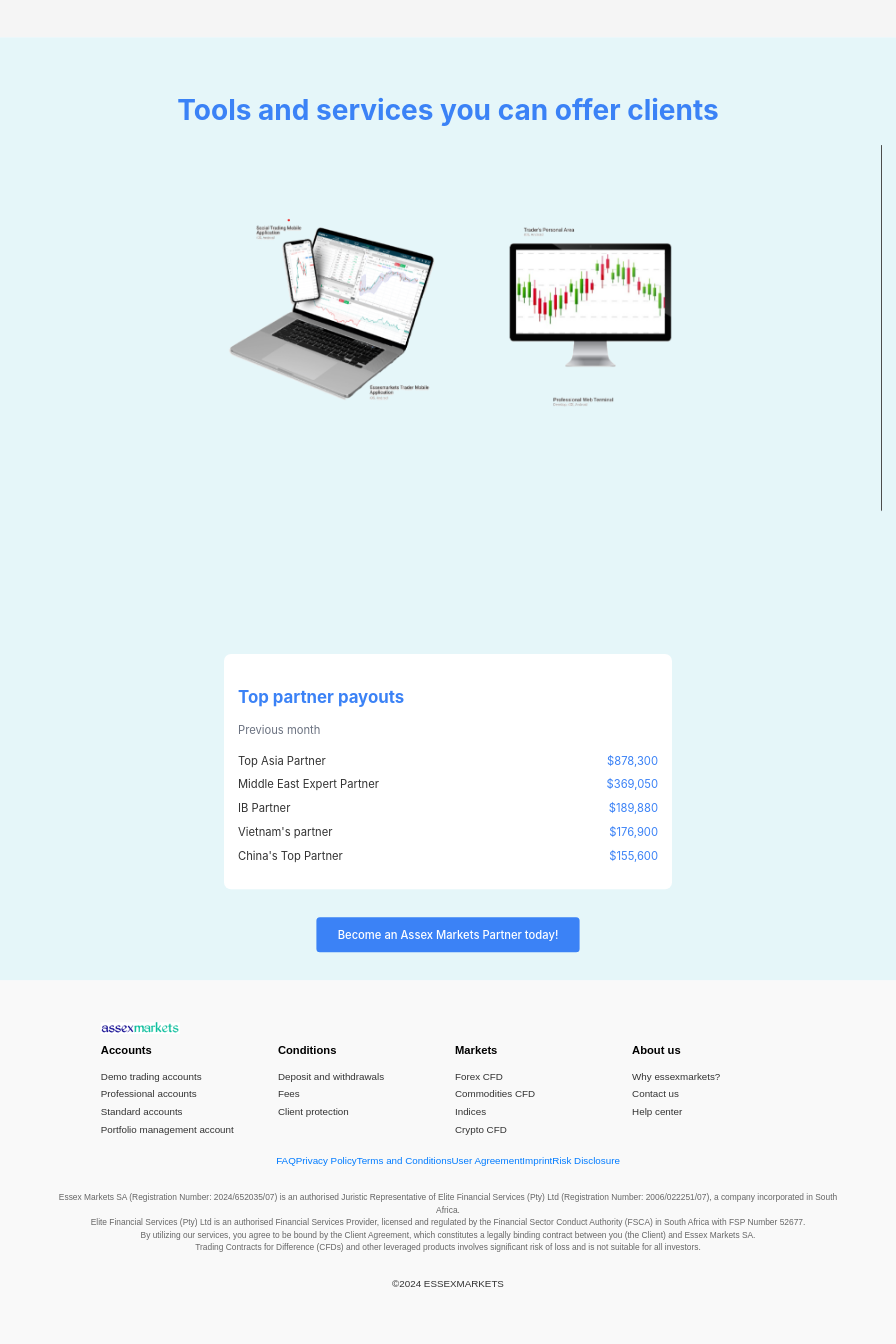
Repository: RevenewMarketing/Assex
Page: /partner
These files come from the project's save history. The page is drawn as it stood at one moment and after the next save; the edit follows.
The browser window is 1280 px wide. The pictures show the part of the page from y = 3696 to 5616 px (the page is 5616 px tall), at 70% of full size.
The project was rebuilt for these pictures with package versions that can differ from the ones it lists, and the page was loaded fresh each time. Also part of the build but not shown: vite.config.ts, src/pages/home/sections/HeroSection.module.css, src/pages/home/sections/HeroSection.tsx, src/pages/home/sections/Section2.tsx, src/pages/home/sections/Section3.tsx, src/pages/home/sections/Section4.tsx, src/pages/home/sections/Section5.tsx, src/pages/home/sections/Section6.tsx and 10 more.

Above is the page before, as saved 2024-11-28 01:14:06.

After the next save:
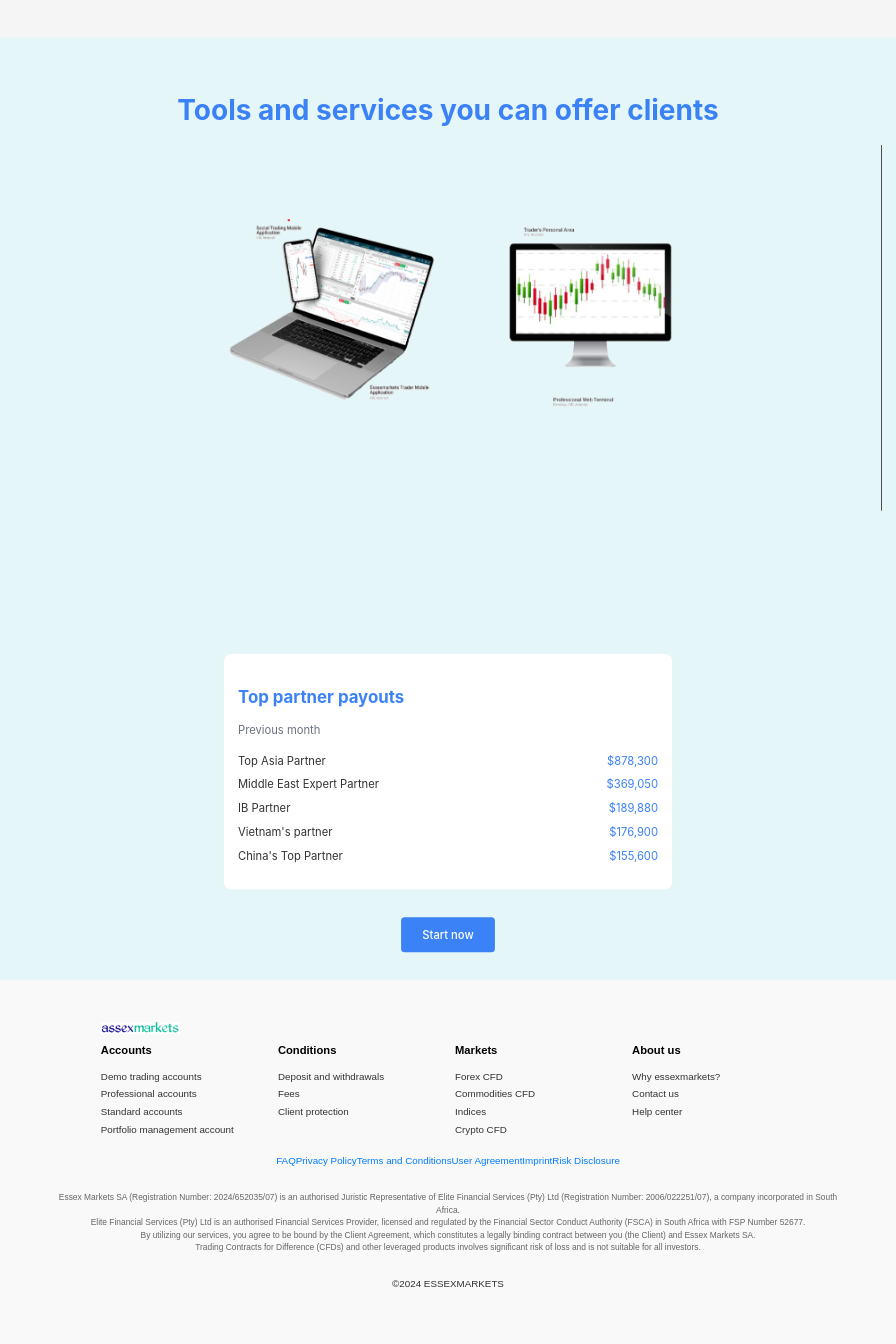
Saved 2 min 13 s later.
--- a/src/pages/partner/sections/Section4.tsx
+++ b/src/pages/partner/sections/Section4.tsx
@@ -1,13 +1,13 @@
-// Section4 Partner
+import React from 'react';
 import styles from './Section4.module.css';
-import laptopImage from '../../../assets/pages/Partner/4-section5-devices-image.png';
+import devicesImage from '../../../assets/pages/Partner/4-section5-devices-image.png';
 
 const section4Content = {
   title: "Tools and services you can offer clients",
   images: [
     {
-      src: laptopImage,
-      alt: "Social Trading Platform Application"
+      src: devicesImage,
+      alt: "Devices"
     }
   ],
   payouts: [
@@ -58,7 +58,7 @@
           ))}
         </ul>
       </div>
-      <button className={styles.ctaButton}>{section4Content.cta}</button>
+      <button className={styles.ctaButton}>Start now</button>
     </section>
   );
 };
